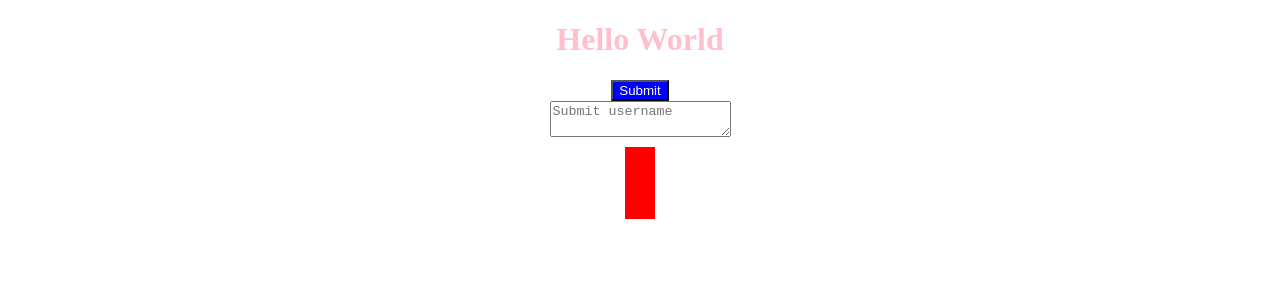
Repository: Flamemaster921/Feature-Showcase
Page: Index/firstPage/Website.html
The author's editor kept a copy of each file at every save. The page is drawn from the files as they stood at one save, then again after the next save.
The browser window is 1280 px wide. The pictures show the whole page.

Above is the page before, as saved 2025-12-15 12:34:39.

### Index/firstPage/Website.html
<!DOCTYPE html>
<html lang="en">
<head>
    <meta charset="UTF-8">
    <meta name="viewport" content="width=device-width, initial-scale=1.0">
    <title>New Start</title>
    <link rel="stylesheet" href="Design.css">
    <script src="System.js" defer></script>
</head>
<body>
    <h1 class="titleCard">Hello World</h1>

    <button id="submitButton" class="primary-btn">Submit</button>

    <textarea id="usernameBox" class="text-input" placeholder="Submit username"></textarea>

    <div class="color-bar"></div>

</body>

### Index/firstPage/Design.css
.titleCard {
    display: flex;
    flex-direction: column;
    align-items: center;
    color: pink;
    left: auto;
}

.primary-btn {
    background-color: blue;
    color: white;

    position: relative;
    left: 0%;
    top: auto;
    display: block;
    margin: 0 auto;
}

.text-input{
    position: relative;
    left: auto;
    top: auto;
    display: block;
    margin: 0 auto;
}

.color-bar {
    display: flex;
    margin: 10px auto;
    width: 30px;
    height: 10svh;
    background-color: red;
}

### Index/firstPage/System.js
//Submit username
const textarea = document.getElementById("usernameBox");
const button = document.getElementById("submitButton");

button.addEventListener("click", () => {
    textarea.value = "";
});

After the next save:
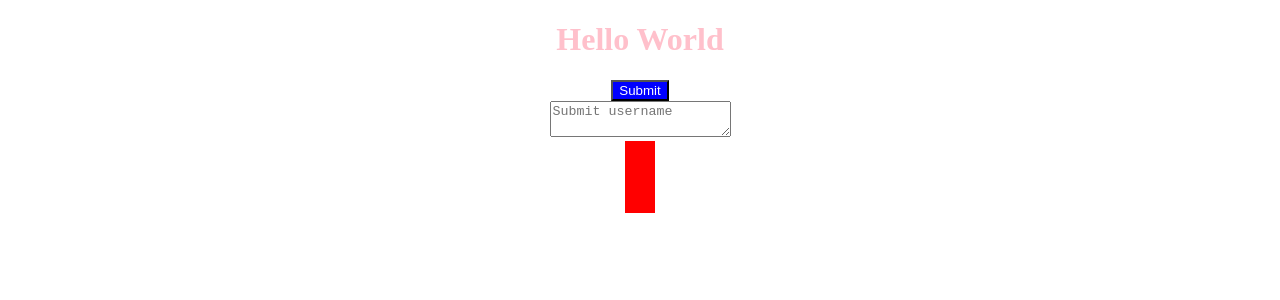
Saved 5 s later.
--- a/Index/firstPage/Design.css
+++ b/Index/firstPage/Design.css
@@ -27,7 +27,7 @@
 
 .color-bar {
     display: flex;
-    margin: 10px auto;
+    margin: 4px auto;
     width: 30px;
     height: 10svh;
     background-color: red;
